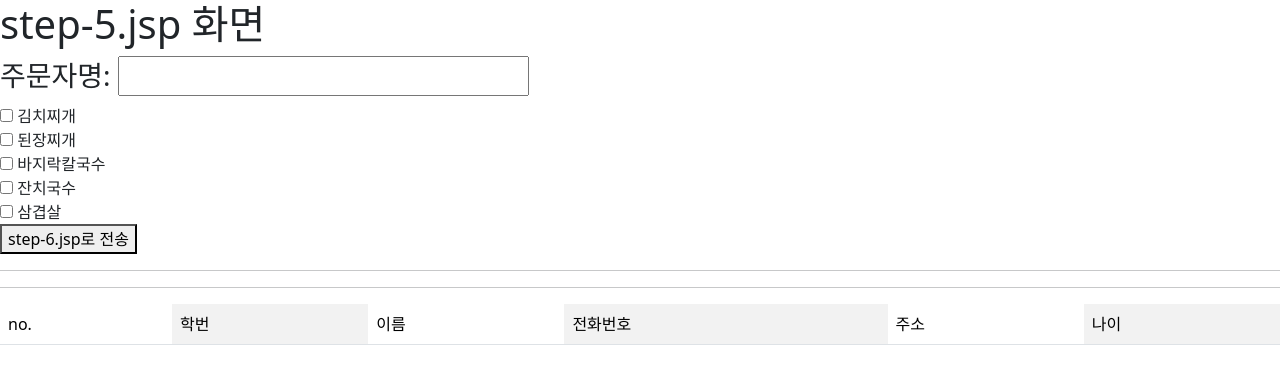
Repository: dtkd19/jsp-jstl_241021
Page: http://localhost/jstl_study/step-5.jsp
These files come from the project's save history. The page is drawn as it stood at one moment and after the next save; the edit follows.
The browser window is 1280 px wide. The pictures show the whole page.
The page is served by Tomcat 9. The template is opened directly, without the code that normally fills it, so the values that code supplies are empty.

Above is the page before, as saved 2024-10-21 07:55:40.

After the next save:
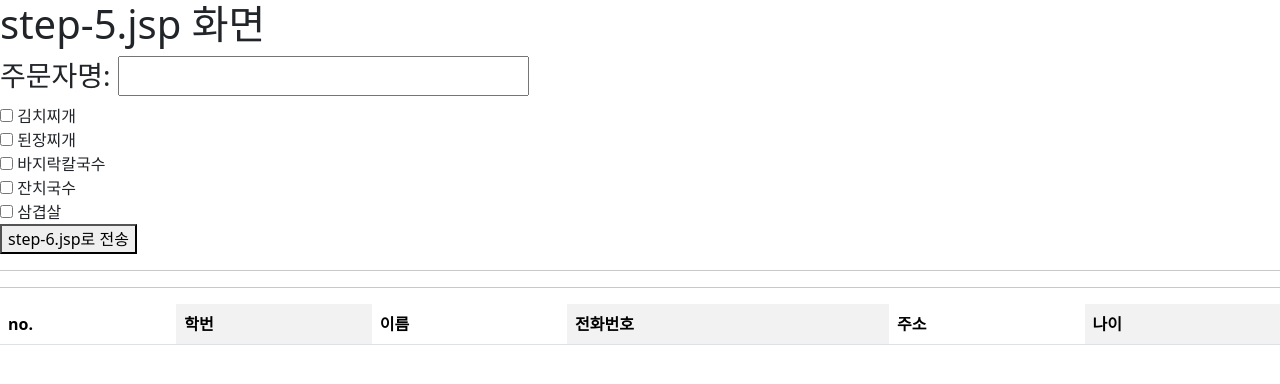
Saved 12 s later.
--- a/jstl_study/src/main/webapp/step-5.jsp
+++ b/jstl_study/src/main/webapp/step-5.jsp
@@ -43,12 +43,12 @@
 	<table class="table table-striped-columns">
   	<thead>
   	<tr>
-  	<td>no.</td>
-  	<td>학번</td>
-  	<td>이름</td>
-  	<td>전화번호</td>
-  	<td>주소</td>
-  	<td>나이</td>
+  	<th>no.</th>
+  	<th>학번</th>
+  	<th>이름</th>
+  	<th>전화번호</th>
+  	<th>주소</th>
+  	<th>나이</th>
 
 
   	</tr>
